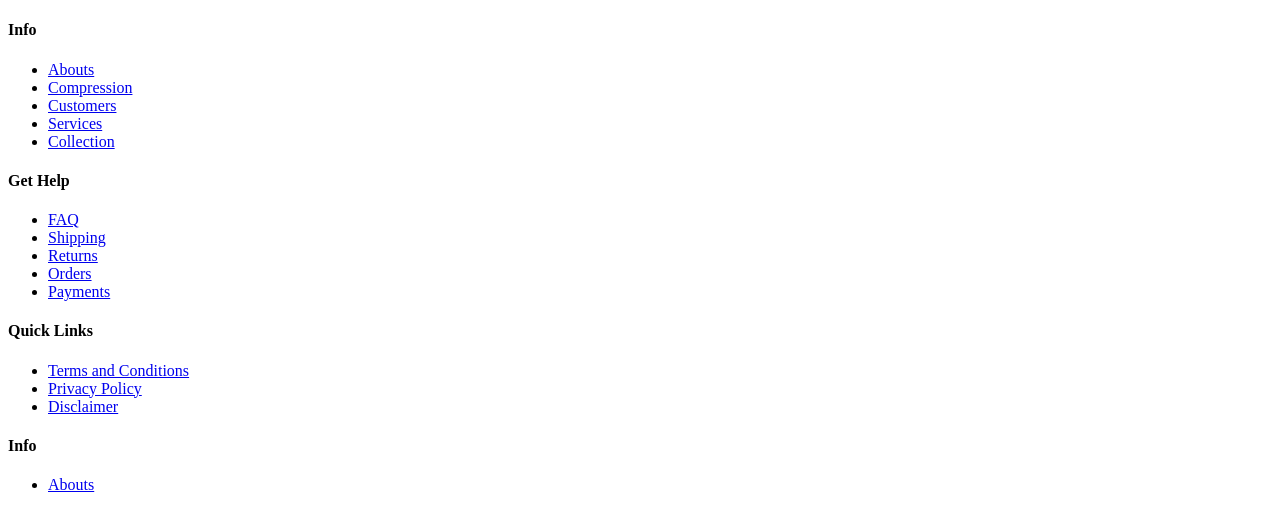
Repository: syni18/responsive_footer
Page: index.html
The author's editor kept a copy of each file at every save. The page is drawn from the files as they stood at one save, then again after a run of saves.
The browser window is 1280 px wide. The pictures show the whole page.

Above is the page before, as saved 2023-11-03 17:03:50.

After the next 4 saves:
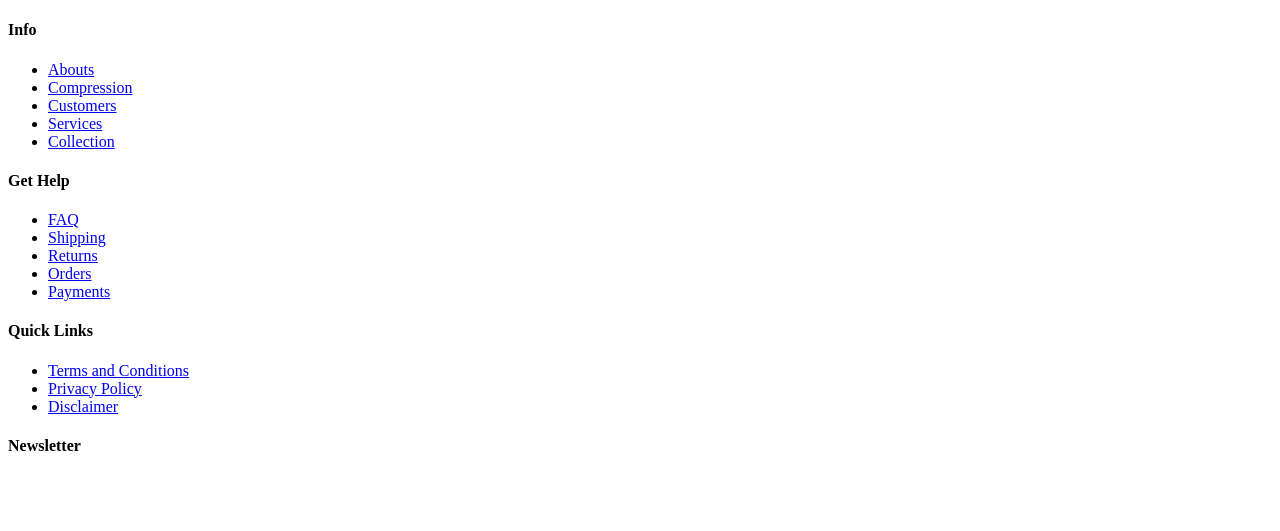
The 4 saves are shown as one change because they came seconds apart.
The last was saved 17 s later.
--- a/index.html
+++ b/index.html
@@ -40,10 +40,10 @@
             </div>
 
             <div class="footer-col">
-                <h4>Info</h4>
-                <ul class="links">
-                    <li><a href="#">Abouts</a></li>
-                </ul>
+                <h4>Newsletter</h4>
+                <p>
+
+                </p>
             </div>
         </div>
     </section>
